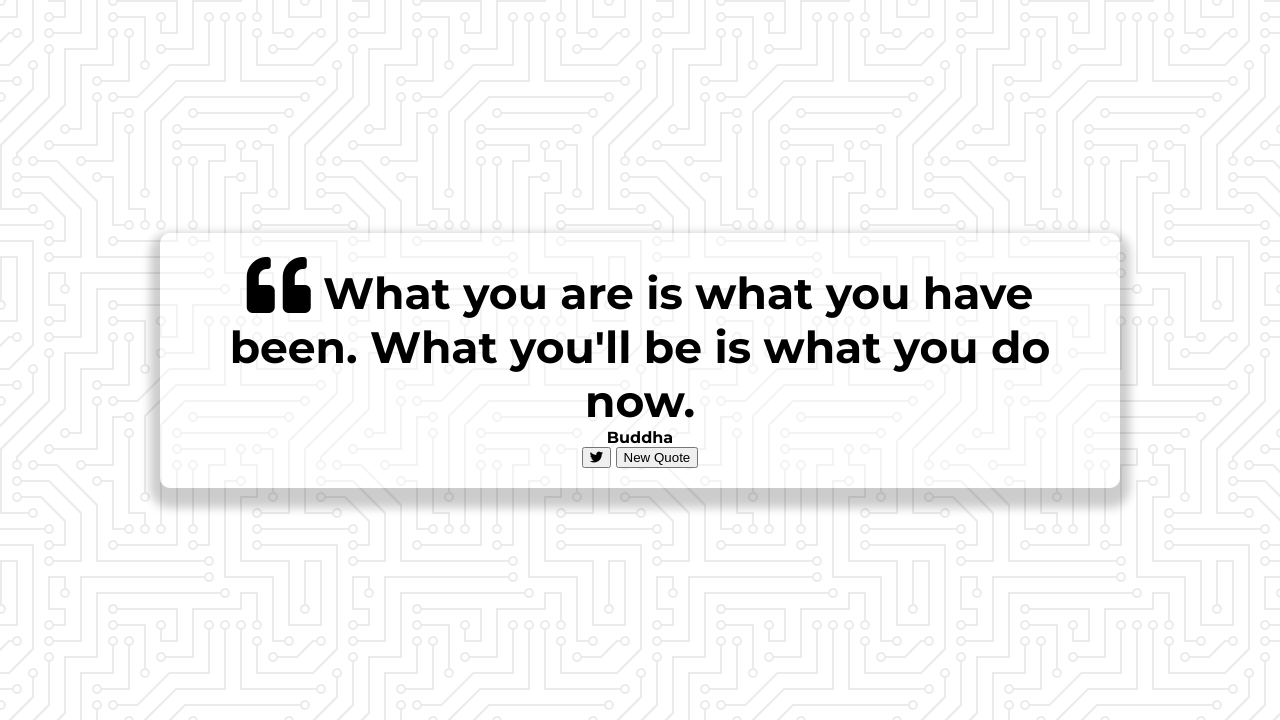
Repository: Badynko/quote-generator
Page: index.html
The author's editor kept a copy of each file at every save. The page is drawn from the files as they stood at one save, then again after the next save.
The browser window is 1280 px wide. The pictures show the whole page.
Some web libraries are served in a nearby version.

Above is the page before, as saved 2024-05-08 18:34:48.

### index.html
<!DOCTYPE html>
<html lang="en">
  <head>
    <meta charset="UTF-8" />
    <meta http-equiv="Permissions-Policy" content="interest-cohort=()" />
    <meta name="viewport" content="width=device-width, initial-scale=1.0" />
    <title>Template</title>
    <link rel="icon" type="image/png" href="favicon.png" />

    <link
      rel="stylesheet"
      href="https://cdnjs.cloudflare.com/ajax/libs/font-awesome/5.10.2/css/all.min.css"
    />
    <link rel="stylesheet" href="style.css" />
  </head>
  <body>
    <div class="quote-container" id="quote-container">
      <!-- Quote -->
      <div class="quote-text">
        <i class="fas fa-quote-left"></i>
        <span id="quote">
          What you are is what you have been. What you'll be is what you do now.
        </span>
      </div>
      <!-- Author -->
      <div class="quote-author">
        <span id="author">Buddha</span>
      </div>
      <!-- Buttons -->
      <div class="button-container">
        <button class="twitter-button" id="twitter" title="Tweet This!">
          <i class="fab fa-twitter"></i>
        </button>
        <button id="new-quote">New Quote</button>
      </div>
    </div>
    <!-- Script -->
    <script src="script.js"></script>
  </body>
</html>

### style.css
@import url("https://fonts.googleapis.com/css2?family=Montserrat:ital,wght@0,100..900;1,100..900&display=swap");

html {
  box-sizing: border-box;
}

body {
  margin: 0;
  min-height: 100vh;
  background-color: #ffffff;
  background-image: url("data:[embedded picture, 5330 characters]");
  color: #000;
  font-family: Montserrat, sans-serif;
  font-weight: 700;
  text-align: center;
  display: flex;
  align-items: center;
  justify-content: center;
}

.quote-container {
  width: auto;
  max-width: 900px;
  padding: 20px 30px;
  border-radius: 10px;
  background-color: rgba(255, 255, 255, 0.4);
  box-shadow: 0 10px 10px 10px rgba(0, 0, 0, 0.2);
}

.quote-text {
  font-size: 2.75rem;
}

.long-quote {
  font-size: 2rem;
}

.fa-quote-left {
  font-size: 4rem;
}

Loaded but not shown: script.js (empty)

After the next save:
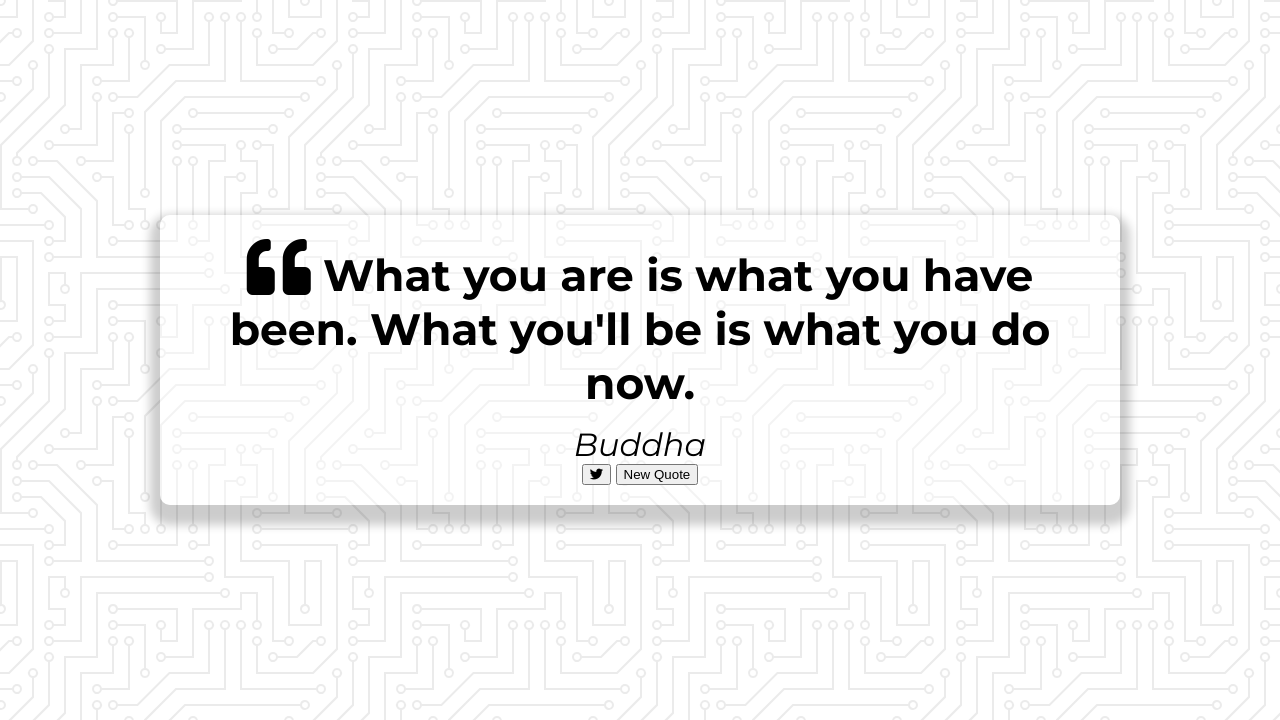
Saved 67 s later.
--- a/style.css
+++ b/style.css
@@ -38,3 +38,10 @@ body {
 .fa-quote-left {
   font-size: 4rem;
 }
+
+.quote-author {
+  margin-top: 15px;
+  font-size: 2rem;
+  font-weight: 400;
+  font-style: italic;
+}
